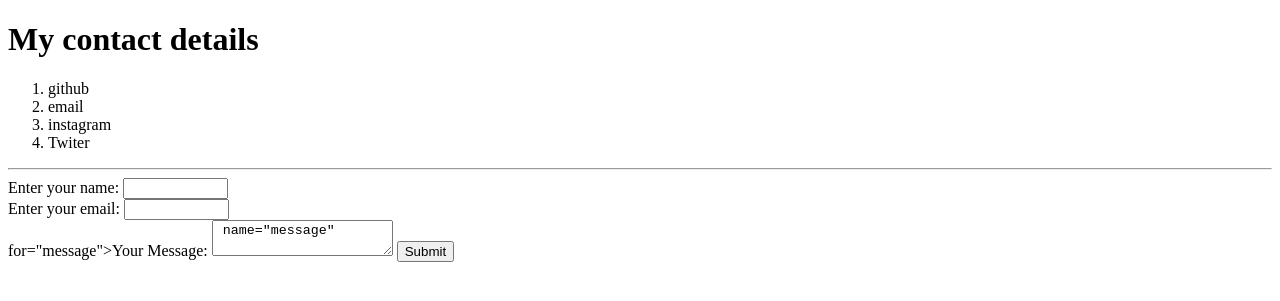
Repository: ew-code/Web-Development
Page: HTML - Personal Site/contact.html
The author's editor kept a copy of each file at every save. The page is drawn from the files as they stood at one save, then again after a run of saves.
The browser window is 1280 px wide. The pictures show the whole page.

Above is the page before, as saved 2021-01-04 23:59:10.

After the next 7 saves:
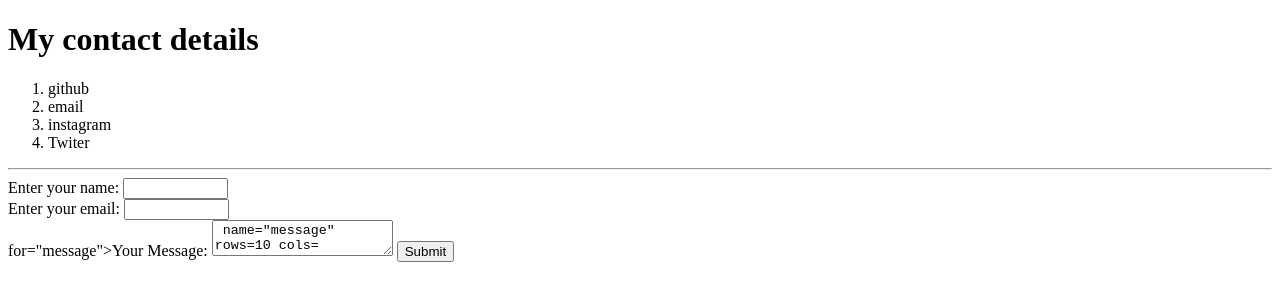
The 7 saves are shown as one change because they came seconds apart.
The last was saved 20 s later.
--- a/HTML - Personal Site/contact.html
+++ b/HTML - Personal Site/contact.html
@@ -23,7 +23,7 @@
     <label for="email">Enter your email:</label>
     <input type="email" name="email" id="email" minlength="4" maxlength="50" size="10"><br>
     <label> for="message">Your Message:</label>
-    <textarea> name="message"  </textarea>
+    <textarea> name="message" rows=10 cols=  </textarea>
     <input type="submit">
   </form>
 
